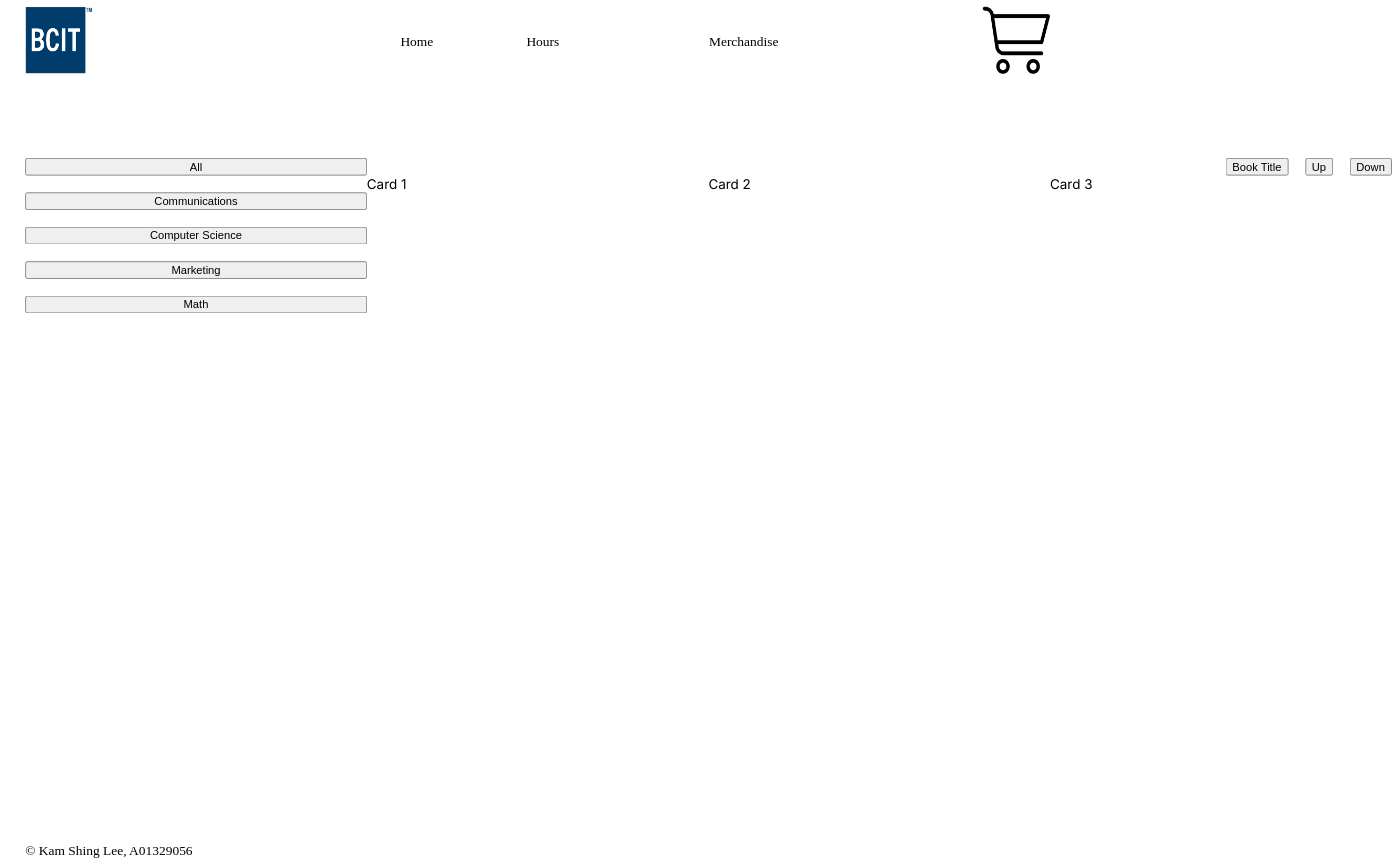
Repository: klee616/assessment3
Page: /
These files come from the project's save history. The page is drawn as it stood at one moment and after the next save; the edit follows.
The browser window is 1280 px wide. The page is 1657 px wide, then 1280 px, so the pictures cover 1657 px, including what lies to the right of the window. The pictures show the whole page, at 84% of full size.
The project was rebuilt for these pictures with package versions that can differ from the ones it lists, and the page was loaded fresh each time. The framework's server and built-in components were replaced by stand-ins that run in the browser. Also part of the build but not shown: next.config.mjs.

Above is the page before, as saved 2024-02-06 00:45:46.

### pages/index.js
import Head from "next/head";
import { Inter } from "next/font/google";
import styles from "@/styles/Home.module.css";
import layout from "@/styles/layout.module.css"
import Header from "@/components/Header";
import Footer from "@/components/Footer";

const inter = Inter({ subsets: ["latin"] });

export default function Home() {
  return (
    <>
      <Head>
        <title>BCIT Book Store</title>
        <meta name="description" content="All online pick-up orders are available at the Burnaby Campus Bookstore (SE2). Please allow 2-3 business days for order processing." />
        <meta name="viewport" content="width=device-width, initial-scale=1" />
        <link rel="icon" href="/favicon.ico" />
      </Head>

      <Header />
      <main className={`${styles.main} ${inter.className}`}>
        <div className={`${layout['row']}`}>
          <div className={`${layout['col-lg-4']} ${layout['col-md-4']} ${layout['col-lg-4']}}`}>
            <div className={styles['aside-containera']}>
              <button>All</button>
              <button>Communications</button>
              <button>Computer Science</button>
              <button>Marketing</button>
              <button>Math</button>
            </div>
          </div>
          <div className={`${layout['col-lg-8']} ${layout['col-md-8']} ${layout['col-lg-8']}}`}>

            <div className={`${layout['row']}`}>

              <div className={`${layout['col-lg-12']} ${layout['col-md-12']} ${layout['col-lg-12']}}`}>
                <div className={styles['top-menu']}>
                  <button>Book Title</button>
                  <button>Up</button>
                  <button>Down</button>
                  </div>
              </div>
              <div className={`${layout['col-lg-4']} ${layout['col-md-4']} ${layout['col-lg-4']}}`}>
                Card 1
              </div>
              <div className={`${layout['col-lg-4']} ${layout['col-md-4']} ${layout['col-lg-4']}}`}>
                Card 2
              </div>
              <div className={`${layout['col-lg-4']} ${layout['col-md-4']} ${layout['col-lg-4']}}`}>
                Card 3
              </div>
            </div>
          </div>
        </div>
      </main>
      <Footer />
    </>
  );
}

### styles/globals.css
:root {
  --background-color: #fff;
  --highlight: #FFF400;
  --blue: #003C71;
  --white-text: #fff;
  --product-background: rgb(245, 245, 245);
}

a{
  color: inherit;
  text-decoration: none;
}

### styles/Home.module.css
.main {
  display: flex;
  flex-direction: column;
  justify-content: space-between;
  align-items: center;
  padding: 6rem;
  min-height: 100vh;
}
.aside-containera{
  display: flex;
  flex-direction: column;
  flex-wrap: nowrap;
  row-gap: 20px;
}

.top-menu{
  display: flex;
  flex-direction: row;
  flex-wrap: nowrap;
  justify-content: right;
  column-gap: 20px;

}

### styles/layout.module.css

.row {
    display: flex;
    flex-direction: row;
    flex-wrap: wrap;
    justify-content: left;
    align-items: stretch;
  }

  .col-lg-12, .col-md-12, .col-sm-12{
      flex: 0 0 12;
      width: calc(100% / 12 * 12);
  }

  .col-lg-11, .col-md-11, .col-sm-11{
      flex: 0 0 11;
      width: calc(100% / 12 * 11);
  }

  .col-lg-10, .col-md-10, .col-sm-10{
      flex: 0 0 10;
      width: calc(100% / 12 * 10);
  }

  .col-lg-9, .col-md-9, .col-sm-9{
      flex: 0 0 9;
      width: calc(100% / 12 * 9);
  }

  .col-lg-8, .col-md-8, .col-sm-8{
      flex: 0 0 8;
      width: calc(100% / 12 * 8);
  }

  .col-lg-7, .col-md-7, .col-sm-7{
      flex: 0 0 7;
      width: calc(100% / 12 * 7);
  }

  .col-lg-6, .col-md-6, .col-sm-6{
      flex: 0 0 6;
      width: calc(100% / 12 * 6);
  }

  .col-lg-5, .col-md-5, .col-sm-5{
      flex: 0 0 5;
      width: calc(100% / 12 * 5);
  }

  .col-lg-4, .col-md-4, .col-sm-4{
      flex: 0 0 4;
      width: calc(100% / 12 * 4);
  }

  .col-lg-3, .col-md-3, .col-sm-3{
      flex: 0 0 3;
      width: calc(100% / 12 * 3);
  }

  .col-lg-2, .col-md-2, .col-sm-2{
      flex: 0 0 2;
      width: calc(100% / 12 * 2);
  }

  .col-lg-1, .col-md-1, .col-sm-1{
      flex: 0 0 1;
      width: calc(100% / 12 * 1);
  }

  .text-align-right{
    text-align: right;
  }

  @media (min-width: 1221px ) {
    /* lg*/

    .row {
      max-width: 1220px;
      width: 100vw;
    }

    .row-wider{
      width: 992px;
    }


    .col-lg-12 {
      flex: 0 0 12;
      width: calc(100% / 12 * 12);
    }

    .col-lg-11 {
      flex: 0 0 11;
      width: calc(100% / 12 * 12);
    }

    .col-lg-10 {
      flex: 0 0 10;
      width: calc(100% / 12 * 10);
    }

    .col-lg-9 {
      flex: 0 0 9;
      width: calc(100% / 12 * 9);
    }

    .col-lg-8 {
      flex: 0 0 8;
      width: calc(100% / 12 * 8);
    }

    .col-lg-7 {
      flex: 0 0 7;
      width: calc(100% / 12 * 7);
    }

    .col-lg-6 {
      flex: 0 0 6;
      width: calc(100% / 12 * 6);
    }

    .col-lg-5 {
      flex: 0 0 5;
      width: calc(100% / 12 * 5);
    }

    .col-lg-4 {
      flex: 0 0 4;
      width: calc(100% / 12 * 4);
    }

    .col-lg-3 {
      flex: 0 0 3;
      width: calc(100% / 12 * 3);
    }

    .col-lg-2 {
      flex: 0 0 2;
      width: calc(100% / 12 * 2);
    }

    .col-lg-1 {
      flex: 0 0 1;
      width: calc(100% / 12 * 1);
    }

    .lg-hidden{
      display: none;;
    }
  }


  @media (max-width:1220px) and (min-width:701px) {
    /* md*/

    .row {
        max-width: 1440px;
        width: 100vw;

    }



    .col-md-12 {
      flex: 0 0 12;
      width: calc(100% / 12 * 12);
    }

    .col-md-11 {
      flex: 0 0 11;
      width: calc(100% / 12 * 12);
    }

    .col-md-10 {
      flex: 0 0 10;
      width: calc(100% / 12 * 10);
    }

    .col-md-9 {
      flex: 0 0 9;
      width: calc(100% / 12 * 9);
    }

    .col-md-8 {
      flex: 0 0 8;
      width: calc(100% / 12 * 8);
    }

    .col-md-7 {
      flex: 0 0 7;
      width: calc(100% / 12 * 7);
    }

    .col-md-6 {
      flex: 0 0 6;
      width: calc(100% / 12 * 6);
    }

    .col-md-5 {
      flex: 0 0 5;
      width: calc(100% / 12 * 5);
    }

    .col-md-4 {
      flex: 0 0 4;
      width: calc(100% / 12 * 4);
    }

    .col-md-3 {
      flex: 0 0 3;
      width: calc(100% / 12 * 3);
    }

    .col-md-2 {
      flex: 0 0 2;
      width: calc(100% / 12 * 2);
    }

    .col-md-1 {
      flex: 0 0 1;
      width: calc(100% / 12 * 1);
    }


    .md-hidden{
      display: none;;
    }
  }


  @media (max-width:700px) {
    /* sm*/

    .row {
        max-width: 640;
        width: 100vw;

    }


    .col-sm-12 {
      flex: 0 0 12;
      width: calc(100% / 12 * 12);
    }

    .col-sm-11 {
      flex: 0 0 11;
      width: calc(100% / 12 * 12);
    }

    .col-sm-10 {
      flex: 0 0 10;
      width: calc(100% / 12 * 10);
    }

    .col-sm-9 {
      flex: 0 0 9;
      width: calc(100% / 12 * 9);
    }

    .col-sm-8 {
      flex: 0 0 8;
      width: calc(100% / 12 * 8);
    }

    .col-sm-7 {
      flex: 0 0 7;
      width: calc(100% / 12 * 7);
    }

    .col-sm-6 {
      flex: 0 0 6;
      width: calc(100% / 12 * 6);
    }

    .col-sm-5 {
      flex: 0 0 5;
      width: calc(100% / 12 * 5);
    }

    .col-sm-4 {
      flex: 0 0 4;
      width: calc(100% / 12 * 4);
    }

    .col-sm-3 {
      flex: 0 0 3;
      width: calc(100% / 12 * 3);
    }

    .col-sm-2 {
      flex: 0 0 2;
      width: calc(100% / 12 * 2);
    }

    .col-sm-1 {
      flex: 0 0 1;
      width: calc(100% / 12 * 1);
    }

    .sm-hidden{
      display: none;
    }
  }

### components/Header/index.js
import styles from './Header.module.css'
import layout from '@/styles/Layout.module.css'
import Image from 'next/image'
import Link from 'next/link'

export default function Header() {
    return (
        <>
            <header className={`${styles['page-header']}`}>
                <div className={`${layout.row}`}>
                    <div className={`${layout['col-lg-4']} ${layout['col-md-4']} ${layout['col-sm-4']}`}>
                        <Image
                            src="/images/bcit_logo.png"
                            width={80}
                            height={80} />
                    </div>
                    <div className={`${layout['col-lg-8']} ${layout['col-md-8']} ${layout['col-sm-8']}`}>
                        <div className={styles['menu-container']}>
                            <ul className={styles['menu-list']}>
                                <li className={styles['menu-item']}>
                                    <Link href='/'>Home</Link>
                                </li>
                                <li className={styles['menu-item']}>
                                    <Link href='/'>Hours</Link>
                                </li>
                                <li className={styles['menu-item']}>
                                    <Link href='/'>Merchandise</Link>
                                </li>
                            </ul>

                            <Link href='/'>
                                <Image
                                    src="/images/shopping.png"
                                    width={80}
                                    height={80} />
                            </Link>
                        </div>
                    </div>
                </div>
            </header>
        </>
    )
}

### components/Footer/index.js
import styles from './Footer.module.css'
import layout from '@/styles/Layout.module.css'

export default function Footer(){
    return (
        <>
        <footer className={styles['page-footer']}>
            <div className={`${layout['row']}`}>
<div className={`${layout['col-lg-12']} ${layout['col-md-12']} ${layout['col-sm-12']}`}>
    &copy; Kam Shing Lee, A01329056
</div>
</div>
        </footer>
        </>
    )
}

### components/Header/Header.module.css
.page-header{
    display: flex;
    flex-direction: column;
    flex-wrap: nowrap;
    align-items: center;
    justify-content: center;
  }

.menu-container{
    display: flex;
    flex-direction: row;
    flex-wrap: nowrap;
    align-content: center;
    justify-content:space-between;
    align-items: center;
}

.menu-list{
    display: flex;
    flex-direction: row;
    flex-wrap: nowrap;
    align-content: center;
    justify-content:space-around;
    align-items: center;
    list-style: none;
}

.menu-list .menu-item{
    width: 150px;
    text-align: left;
}
.menu-list .menu-item:nth-last-child(1){
    text-align: right;
}
.menu-item a{
display: block;
width: 100%;
}

### styles/Layout.module.css

.row {
    display: flex;
    flex-direction: row;
    flex-wrap: wrap;
    justify-content: left;
    align-items: stretch;
  }

  .col-lg-12, .col-md-12, .col-sm-12{
      flex: 0 0 12;
      width: calc(100% / 12 * 12);
  }

  .col-lg-11, .col-md-11, .col-sm-11{
      flex: 0 0 11;
      width: calc(100% / 12 * 11);
  }

  .col-lg-10, .col-md-10, .col-sm-10{
      flex: 0 0 10;
      width: calc(100% / 12 * 10);
  }

  .col-lg-9, .col-md-9, .col-sm-9{
      flex: 0 0 9;
      width: calc(100% / 12 * 9);
  }

  .col-lg-8, .col-md-8, .col-sm-8{
      flex: 0 0 8;
      width: calc(100% / 12 * 8);
  }

  .col-lg-7, .col-md-7, .col-sm-7{
      flex: 0 0 7;
      width: calc(100% / 12 * 7);
  }

  .col-lg-6, .col-md-6, .col-sm-6{
      flex: 0 0 6;
      width: calc(100% / 12 * 6);
  }

  .col-lg-5, .col-md-5, .col-sm-5{
      flex: 0 0 5;
      width: calc(100% / 12 * 5);
  }

  .col-lg-4, .col-md-4, .col-sm-4{
      flex: 0 0 4;
      width: calc(100% / 12 * 4);
  }

  .col-lg-3, .col-md-3, .col-sm-3{
      flex: 0 0 3;
      width: calc(100% / 12 * 3);
  }

  .col-lg-2, .col-md-2, .col-sm-2{
      flex: 0 0 2;
      width: calc(100% / 12 * 2);
  }

  .col-lg-1, .col-md-1, .col-sm-1{
      flex: 0 0 1;
      width: calc(100% / 12 * 1);
  }

  .text-align-right{
    text-align: right;
  }

  @media (min-width: 1221px ) {
    /* lg*/

    .row {
      max-width: 1220px;
      width: 100vw;
    }

    .row-wider{
      width: 992px;
    }


    .col-lg-12 {
      flex: 0 0 12;
      width: calc(100% / 12 * 12);
    }

    .col-lg-11 {
      flex: 0 0 11;
      width: calc(100% / 12 * 12);
    }

    .col-lg-10 {
      flex: 0 0 10;
      width: calc(100% / 12 * 10);
    }

    .col-lg-9 {
      flex: 0 0 9;
      width: calc(100% / 12 * 9);
    }

    .col-lg-8 {
      flex: 0 0 8;
      width: calc(100% / 12 * 8);
    }

    .col-lg-7 {
      flex: 0 0 7;
      width: calc(100% / 12 * 7);
    }

    .col-lg-6 {
      flex: 0 0 6;
      width: calc(100% / 12 * 6);
    }

    .col-lg-5 {
      flex: 0 0 5;
      width: calc(100% / 12 * 5);
    }

    .col-lg-4 {
      flex: 0 0 4;
      width: calc(100% / 12 * 4);
    }

    .col-lg-3 {
      flex: 0 0 3;
      width: calc(100% / 12 * 3);
    }

    .col-lg-2 {
      flex: 0 0 2;
      width: calc(100% / 12 * 2);
    }

    .col-lg-1 {
      flex: 0 0 1;
      width: calc(100% / 12 * 1);
    }

    .lg-hidden{
      display: none;;
    }
  }


  @media (max-width:1220px) and (min-width:701px) {
    /* md*/

    .row {
        max-width: 1440px;
        width: 100vw;

    }



    .col-md-12 {
      flex: 0 0 12;
      width: calc(100% / 12 * 12);
    }

    .col-md-11 {
      flex: 0 0 11;
      width: calc(100% / 12 * 12);
    }

    .col-md-10 {
      flex: 0 0 10;
      width: calc(100% / 12 * 10);
    }

    .col-md-9 {
      flex: 0 0 9;
      width: calc(100% / 12 * 9);
    }

    .col-md-8 {
      flex: 0 0 8;
      width: calc(100% / 12 * 8);
    }

    .col-md-7 {
      flex: 0 0 7;
      width: calc(100% / 12 * 7);
    }

    .col-md-6 {
      flex: 0 0 6;
      width: calc(100% / 12 * 6);
    }

    .col-md-5 {
      flex: 0 0 5;
      width: calc(100% / 12 * 5);
    }

    .col-md-4 {
      flex: 0 0 4;
      width: calc(100% / 12 * 4);
    }

    .col-md-3 {
      flex: 0 0 3;
      width: calc(100% / 12 * 3);
    }

    .col-md-2 {
      flex: 0 0 2;
      width: calc(100% / 12 * 2);
    }

    .col-md-1 {
      flex: 0 0 1;
      width: calc(100% / 12 * 1);
    }


    .md-hidden{
      display: none;;
    }
  }


  @media (max-width:700px) {
    /* sm*/

    .row {
        max-width: 640;
        width: 100vw;

    }


    .col-sm-12 {
      flex: 0 0 12;
      width: calc(100% / 12 * 12);
    }

    .col-sm-11 {
      flex: 0 0 11;
      width: calc(100% / 12 * 12);
    }

    .col-sm-10 {
      flex: 0 0 10;
      width: calc(100% / 12 * 10);
    }

    .col-sm-9 {
      flex: 0 0 9;
      width: calc(100% / 12 * 9);
    }

    .col-sm-8 {
      flex: 0 0 8;
      width: calc(100% / 12 * 8);
    }

    .col-sm-7 {
      flex: 0 0 7;
      width: calc(100% / 12 * 7);
    }

    .col-sm-6 {
      flex: 0 0 6;
      width: calc(100% / 12 * 6);
    }

    .col-sm-5 {
      flex: 0 0 5;
      width: calc(100% / 12 * 5);
    }

    .col-sm-4 {
      flex: 0 0 4;
      width: calc(100% / 12 * 4);
    }

    .col-sm-3 {
      flex: 0 0 3;
      width: calc(100% / 12 * 3);
    }

    .col-sm-2 {
      flex: 0 0 2;
      width: calc(100% / 12 * 2);
    }

    .col-sm-1 {
      flex: 0 0 1;
      width: calc(100% / 12 * 1);
    }

    .sm-hidden{
      display: none;
    }
  }

### components/Footer/Footer.module.css
.page-footer{
    display: flex;
    flex-direction: column;
    flex-wrap: nowrap;
    align-items: center;
    justify-content: center;
}

Loaded but not shown: pages/_app.js (common file); pages/_document.js (common file)

After the next save:
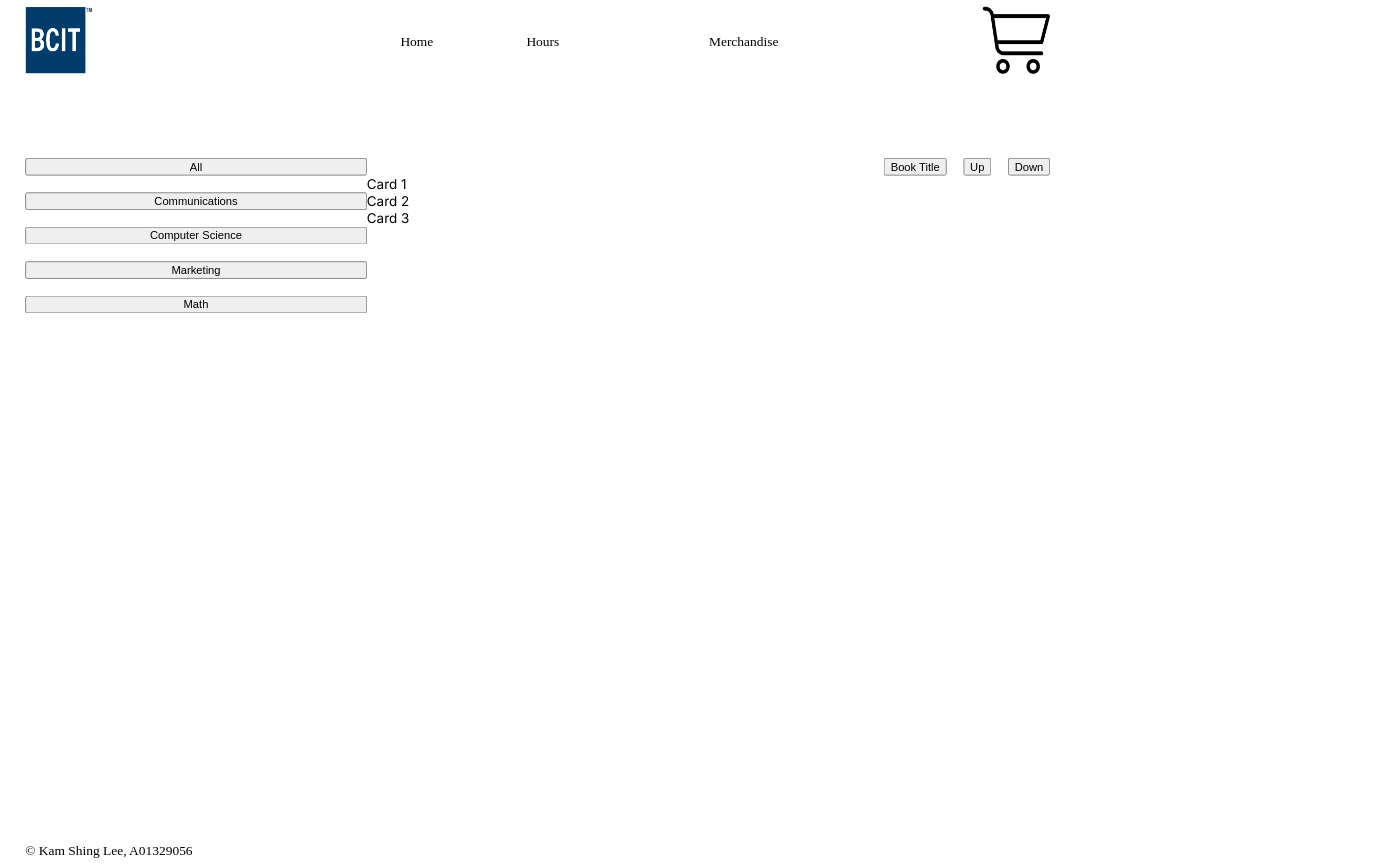
Saved 65 s later.
--- a/pages/index.js
+++ b/pages/index.js
@@ -30,16 +30,13 @@
             </div>
           </div>
           <div className={`${layout['col-lg-8']} ${layout['col-md-8']} ${layout['col-lg-8']}}`}>
-
-            <div className={`${layout['row']}`}>
-
-              <div className={`${layout['col-lg-12']} ${layout['col-md-12']} ${layout['col-lg-12']}}`}>
-                <div className={styles['top-menu']}>
+          <div className={styles['top-menu']}>
                   <button>Book Title</button>
                   <button>Up</button>
                   <button>Down</button>
                   </div>
-              </div>
+
+
               <div className={`${layout['col-lg-4']} ${layout['col-md-4']} ${layout['col-lg-4']}}`}>
                 Card 1
               </div>
@@ -51,7 +48,6 @@
               </div>
             </div>
           </div>
-        </div>
       </main>
       <Footer />
     </>
